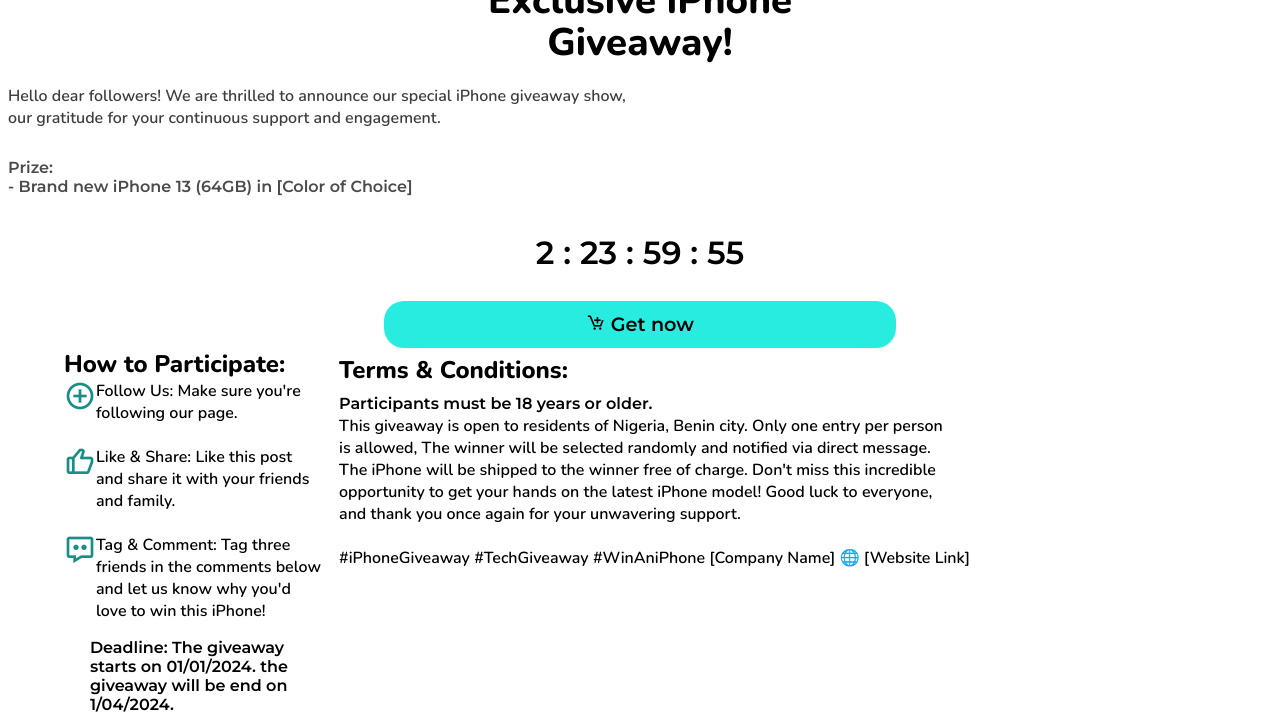
Repository: pasafista/freebie-iphone-webpage
Page: index.html
These files come from the project's save history. The page is drawn as it stood at one moment and after the next save; the edit follows.
The browser window is 1280 px wide. The pictures show the part of the page from y = 792 to 1506 px (the page is 1506 px tall).
A picture or video elsewhere on the page could not be fetched, so the positions and the page height are approximate.

Above is the page before, as saved 2024-01-02 00:53:48.

After the next save:
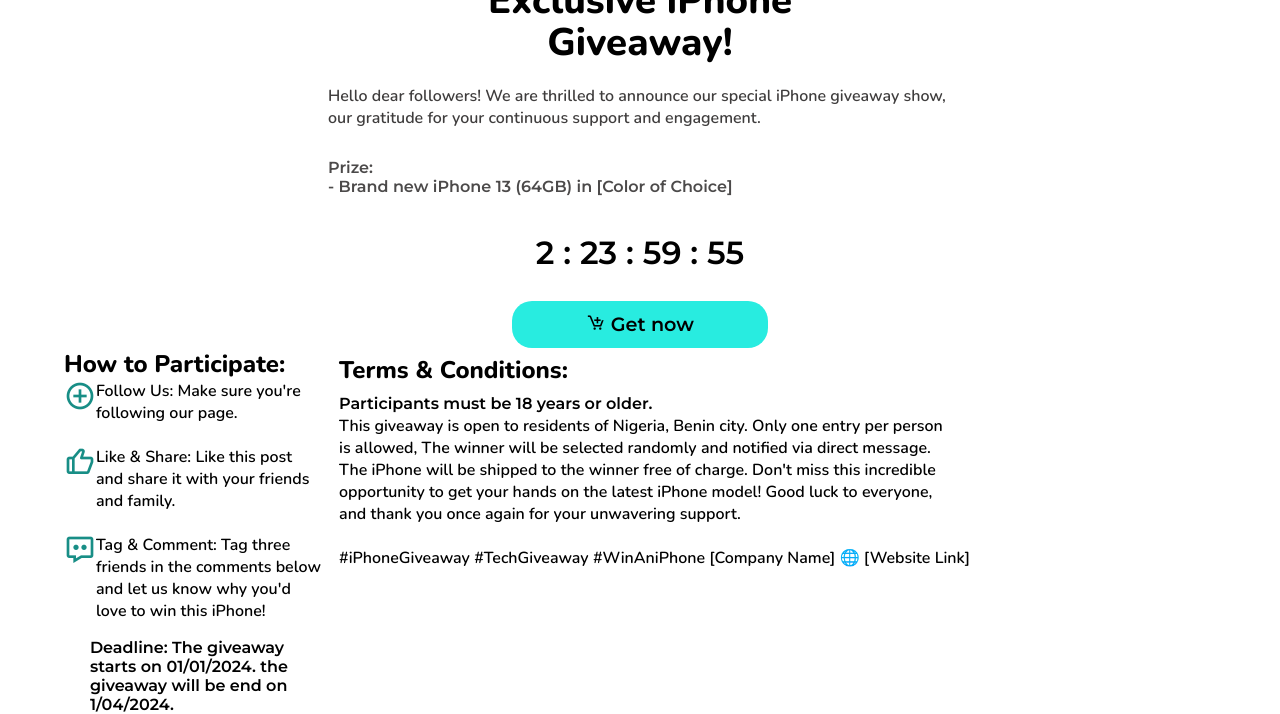
Saved 32 s later.
--- a/style.css
+++ b/style.css
@@ -137,7 +137,7 @@
         width: 100%;
     }
 
-    .hero-txt{
+    {
         width: 100%;
     }
 

After the save that followed:
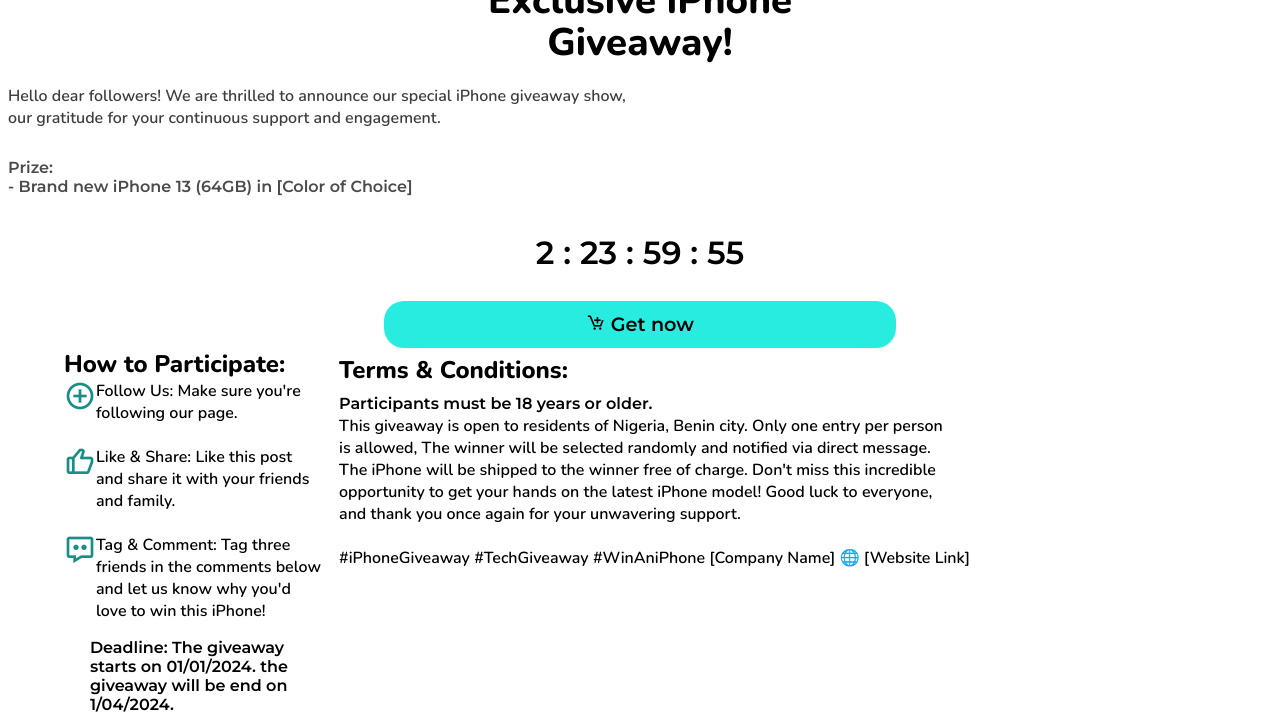
Saved 8 s later.
--- a/style.css
+++ b/style.css
@@ -133,7 +133,7 @@
         width: 80%;
     }
 
-    .hero-image{
+    .hero-image, .hero-txt{
         width: 100%;
     }
 
